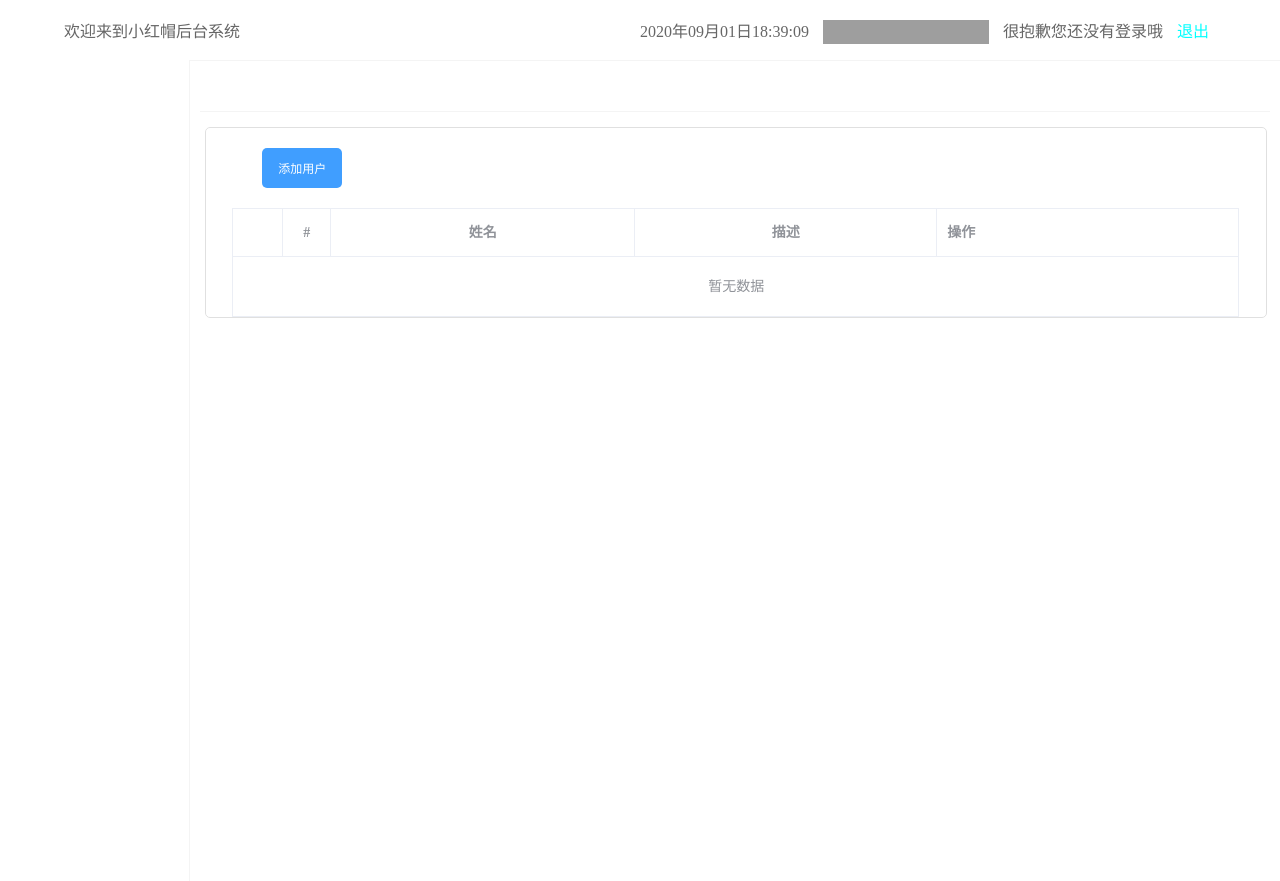
Repository: jinggegeZ/whitesystem
Page: /rights/roles
These files come from the project's save history. The page is drawn as it stood at one moment and after the next save; the edit follows.
The browser window is 1280 px wide. The pictures show the whole page.
Pictures or frames that could not be fetched are drawn as grey boxes. The page's requests for data from a server got no answer. The project was rebuilt for these pictures with package versions that can differ from the ones it lists, and the page was loaded fresh each time. No one was signed in, and anything a server would have sent is missing. Also part of the build but not shown: vue.config.js, src/views/Home.vue.

Above is the page before, as saved 2020-09-02 12:54:13.

After the next save:
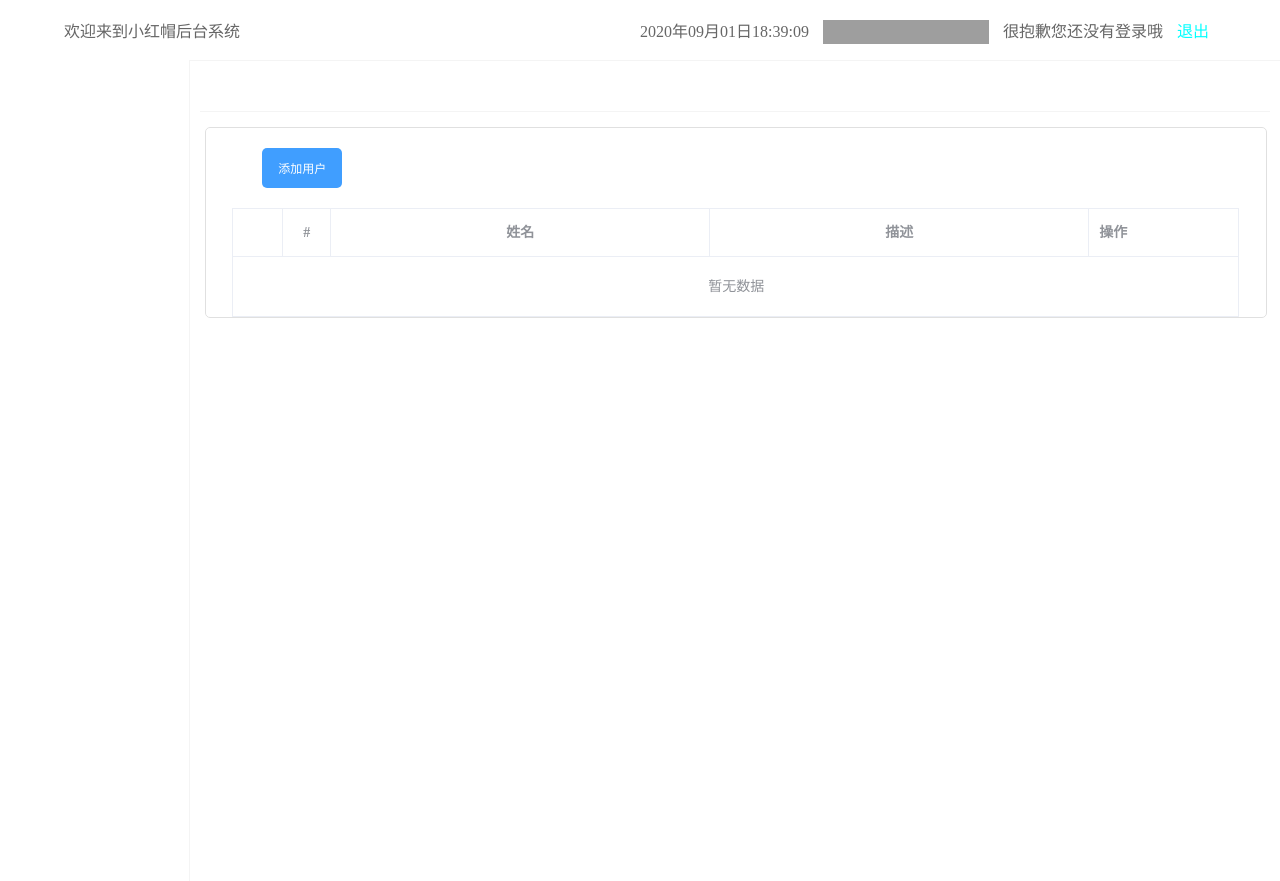
Saved 13 s later.
--- a/src/views/roleList/RoleList.vue
+++ b/src/views/roleList/RoleList.vue
@@ -55,7 +55,7 @@
             <!-- 角色 -->
             <el-table-column prop="roleDesc" label="描述"  align="center"></el-table-column>
             <!-- 操作 -->
-            <el-table-column label="操作" >
+            <el-table-column label="操作" width="150">
               <template slot-scope="scope">
                 <el-tooltip class="item" effect="dark" content="编辑角色" placement="top">
                   <el-button
